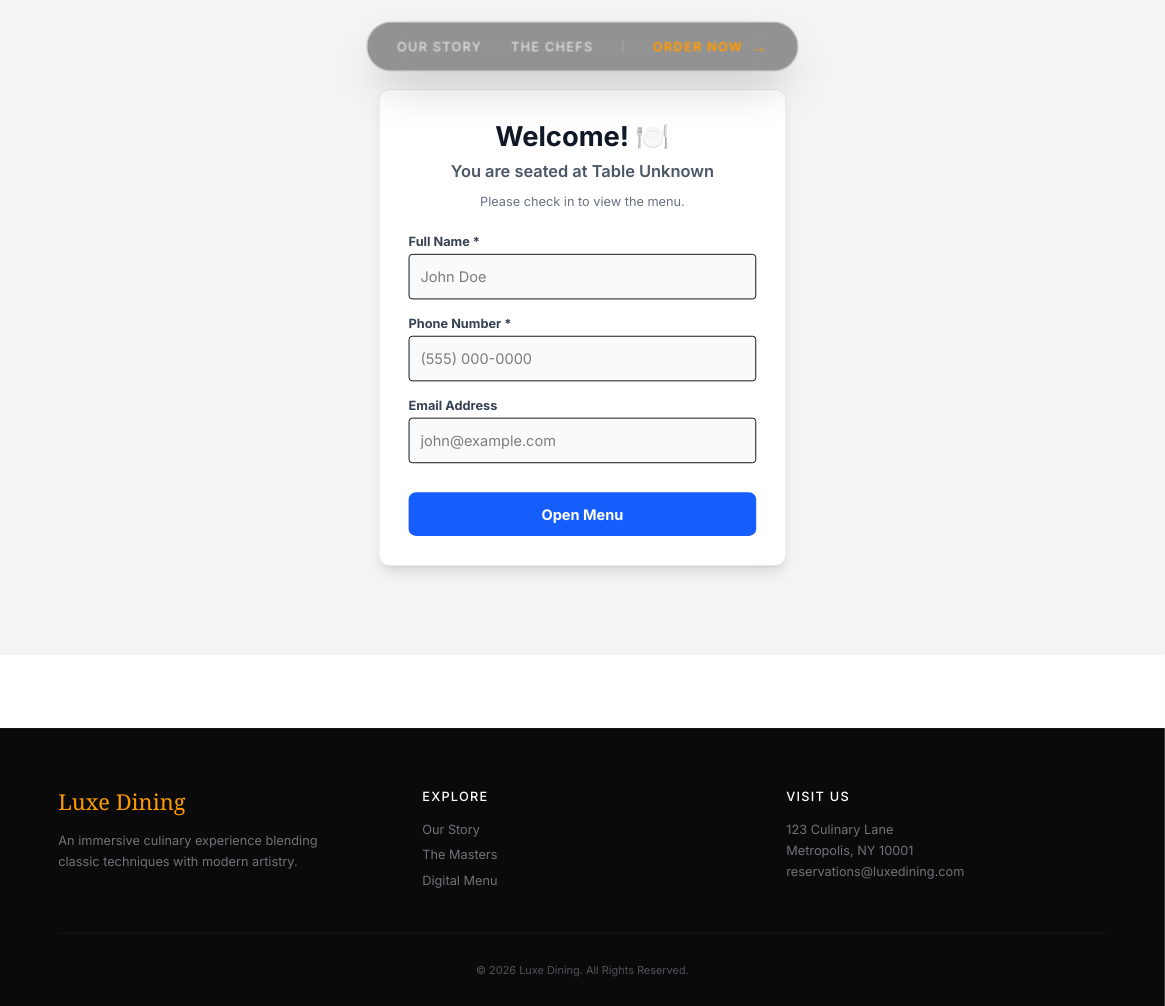
Repository: Syed1818/luxe-dining-frontend
Page: /welcome
These files come from the project's save history. The page is drawn as it stood at one moment and after the next save; the edit follows.
The browser window is 1280 px wide. The pictures show the whole page, at 91% of full size.
The project was rebuilt for these pictures with package versions that can differ from the ones it lists, and the page was loaded fresh each time. The framework's server and built-in components were replaced by stand-ins that run in the browser. Also part of the build but not shown: next.config.mjs.

Above is the page before, as saved 2026-04-07 19:31:37.

### src/app/layout.js
import { Inter } from "next/font/google";
import "./globals.css";
import { Toaster } from "react-hot-toast";
import ConditionalLayout from "./ConditionalLayout";

const inter = Inter({ subsets: ["latin"] });

export const metadata = {
  title: "Luxe Dining",
  description: "A Culinary Journey",
};

export default function RootLayout({ children }) {
  return (
    <html lang="en" suppressHydrationWarning>
      <body suppressHydrationWarning className={`${inter.className} bg-[#050505] text-zinc-200 antialiased flex flex-col min-h-screen`}>
        <ConditionalLayout>
          {children}
        </ConditionalLayout>
        <Toaster
          position="top-center"
          toastOptions={{
            duration: 4000,
            style: { background: '#18181b', color: '#fff', border: '1px solid #d4af37' },
            success: { iconTheme: { primary: '#d4af37', secondary: '#000' } },
          }}
        />
      </body>
    </html>
  );
}

### src/app/welcome/page.js
"use client";

import { useState, useEffect } from 'react';
import { useRouter, useSearchParams } from 'next/navigation';

export default function WelcomeCheckIn() {
  const router = useRouter();
  const searchParams = useSearchParams();
  const [tableNumber, setTableNumber] = useState("Unknown");

  const [customer, setCustomer] = useState({
    name: '',
    phone: '',
    email: ''
  });

  // Extract the table number from the URL (e.g., ?table=5)
  useEffect(() => {
    const table = searchParams.get('table');
    if (table) setTableNumber(table);
  }, [searchParams]);

  const handleStartOrdering = (e) => {
    e.preventDefault();

    // Save the customer data and table number to the browser's local storage
    localStorage.setItem('sessionData', JSON.stringify({
      ...customer,
      table: tableNumber
    }));

    // Send them to the main Menu page
    router.push('/');
  };

  return (
    <div className="min-h-screen bg-gray-100 flex items-center justify-center p-4">
      <div className="max-w-md w-full bg-white p-8 rounded-xl shadow-lg border border-gray-200">
        <div className="text-center mb-6">
          <h1 className="text-3xl font-bold text-gray-900 mb-2">Welcome! 🍽️</h1>
          <p className="text-gray-600 font-semibold text-lg">You are seated at Table {tableNumber}</p>
          <p className="text-sm text-gray-500 mt-2">Please check in to view the menu.</p>
        </div>

        <form onSubmit={handleStartOrdering} className="space-y-4">
          <div>
            <label className="block text-sm font-bold text-gray-700 mb-1">Full Name *</label>
            <input
              required
              type="text"
              className="w-full p-3 border rounded bg-gray-50 text-black"
              placeholder="John Doe"
              value={customer.name}
              onChange={e => setCustomer({...customer, name: e.target.value})}
            />
          </div>

          <div>
            <label className="block text-sm font-bold text-gray-700 mb-1">Phone Number *</label>
            <input
              required
              type="tel"
              className="w-full p-3 border rounded bg-gray-50 text-black"
              placeholder="(555) 000-0000"
              value={customer.phone}
              onChange={e => setCustomer({...customer, phone: e.target.value})}
            />
          </div>

          <div>
            <label className="block text-sm font-bold text-gray-700 mb-1">Email Address</label>
            <input
              type="email"
              className="w-full p-3 border rounded bg-gray-50 text-black"
              placeholder="john@example.com"
              value={customer.email}
              onChange={e => setCustomer({...customer, email: e.target.value})}
            />
          </div>

          <button
            type="submit"
            className="w-full bg-blue-600 hover:bg-blue-700 text-white font-bold py-3 px-4 rounded-lg mt-4 transition duration-200"
          >
            Open Menu
          </button>
        </form>
      </div>
    </div>
  );
}

### src/app/ConditionalLayout.js
"use client";

import Link from "next/link";
import { usePathname } from "next/navigation";

export default function ConditionalLayout({ children }) {
  const pathname = usePathname();
  const isKitchen = pathname.startsWith('/kitchen');

  return (
    <>
      {!isKitchen && (
        <nav className="print:hidden fixed top-6 left-0 right-0 z-50 flex justify-center px-4 pointer-events-none">
          <div className="flex items-center gap-8 px-8 py-4 rounded-full bg-black/40 backdrop-blur-xl border border-white/10 shadow-2xl pointer-events-auto">
            <Link href="/" className="text-sm font-medium text-white/70 hover:text-amber-500 transition-colors tracking-widest uppercase">Our Story</Link>
            <Link href="/chefs" className="text-sm font-medium text-white/70 hover:text-amber-500 transition-colors tracking-widest uppercase">The Chefs</Link>
            <div className="w-px h-4 bg-white/20"></div>
            <Link href="/menu" className="text-sm font-bold text-amber-500 hover:text-amber-400 transition-colors tracking-widest uppercase flex items-center gap-2">
              Order Now <span className="text-lg leading-none">→</span>
            </Link>
          </div>
        </nav>
      )}

      <div className="flex-grow">
        {children}
      </div>

      {!isKitchen && (
        <footer className="print:hidden bg-[#0a0a0a] border-t border-white/5 pt-16 pb-8 px-6 mt-20 relative z-10">
          <div className="max-w-6xl mx-auto grid grid-cols-1 md:grid-cols-3 gap-12 mb-12">
            <div>
              <h3 className="text-2xl font-serif text-amber-500 mb-4">Luxe Dining</h3>
              <p className="text-zinc-500 text-sm leading-relaxed max-w-xs">An immersive culinary experience blending classic techniques with modern artistry.</p>
            </div>
            <div>
              <h4 className="text-white font-medium tracking-widest uppercase text-sm mb-4">Explore</h4>
              <ul className="space-y-2 text-zinc-500 text-sm">
                <li><Link href="/" className="hover:text-amber-500 transition-colors">Our Story</Link></li>
                <li><Link href="/chefs" className="hover:text-amber-500 transition-colors">The Masters</Link></li>
                <li><Link href="/menu" className="hover:text-amber-500 transition-colors">Digital Menu</Link></li>
              </ul>
            </div>
            <div>
              <h4 className="text-white font-medium tracking-widest uppercase text-sm mb-4">Visit Us</h4>
              <p className="text-zinc-500 text-sm leading-relaxed">123 Culinary Lane<br />Metropolis, NY 10001<br />reservations@luxedining.com</p>
            </div>
          </div>
          <div className="max-w-6xl mx-auto border-t border-white/5 pt-8 text-center text-xs text-zinc-600">
            <p>© {new Date().getFullYear()} Luxe Dining. All Rights Reserved.</p>
          </div>
        </footer>
      )}
    </>
  );
}

Loaded but not shown: src/app/globals.css (common file)

After the next save:
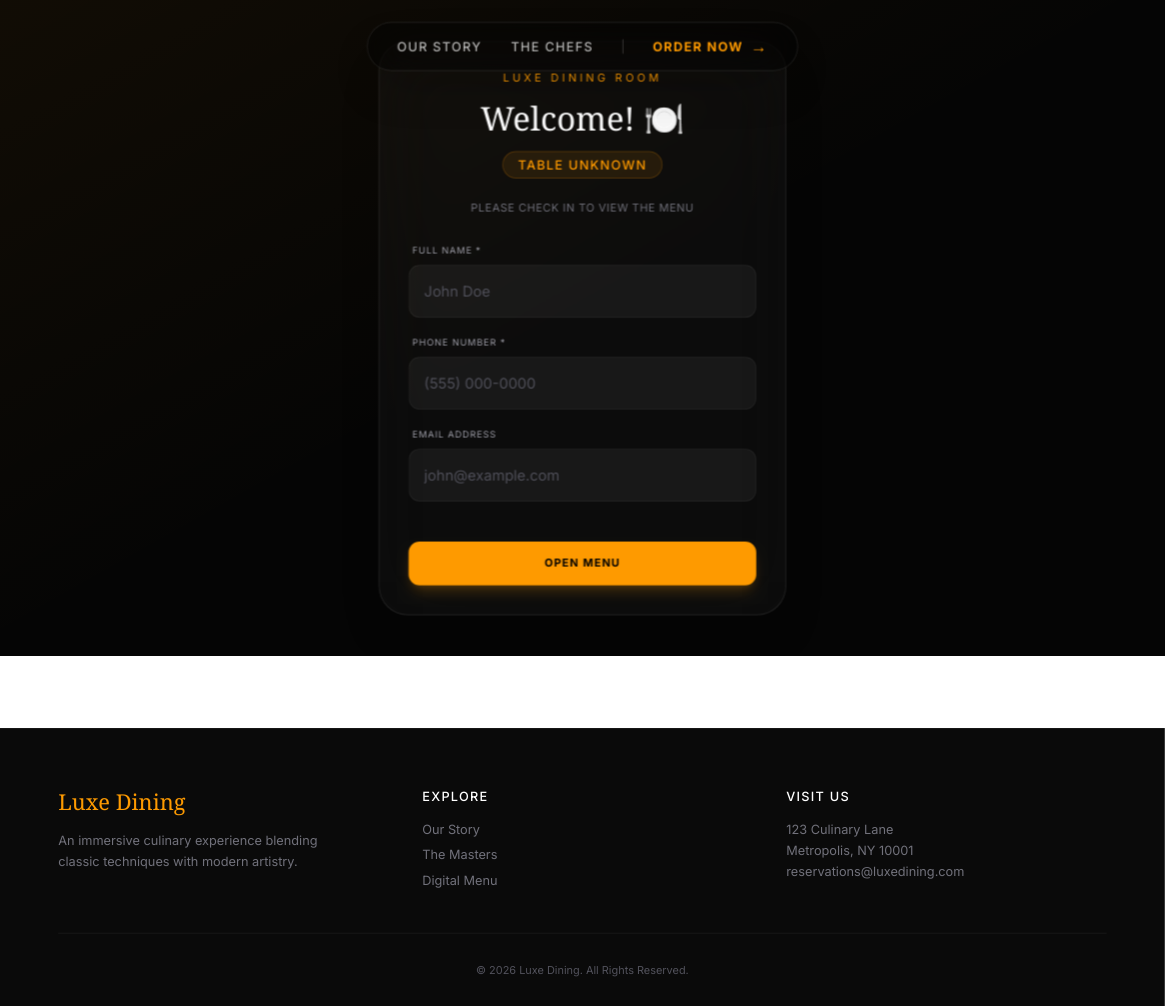
Saved 13 h 34 min later.
--- a/src/app/welcome/page.js
+++ b/src/app/welcome/page.js
@@ -1,9 +1,11 @@
 "use client";
 
-import { useState, useEffect } from 'react';
+import { useState, useEffect, Suspense } from 'react';
 import { useRouter, useSearchParams } from 'next/navigation';
+import { motion } from 'framer-motion';
 
-export default function WelcomeCheckIn() {
+// 1. Internal component that uses the Search Params
+function WelcomeCheckInContent() {
   const router = useRouter();
   const searchParams = useSearchParams();
   const [tableNumber, setTableNumber] = useState("Unknown");
@@ -29,26 +31,39 @@
       table: tableNumber
     }));
 
-    // Send them to the main Menu page
-    router.push('/');
+    // Redirect to the main menu page
+    router.push('/menu');
   };
 
   return (
-    <div className="min-h-screen bg-gray-100 flex items-center justify-center p-4">
-      <div className="max-w-md w-full bg-white p-8 rounded-xl shadow-lg border border-gray-200">
-        <div className="text-center mb-6">
-          <h1 className="text-3xl font-bold text-gray-900 mb-2">Welcome! 🍽️</h1>
-          <p className="text-gray-600 font-semibold text-lg">You are seated at Table {tableNumber}</p>
-          <p className="text-sm text-gray-500 mt-2">Please check in to view the menu.</p>
+    <div className="min-h-screen relative flex items-center justify-center p-4 overflow-hidden">
+      {/* Background Styling to match your app theme */}
+      <div className="fixed inset-0 z-[-1] bg-[#050505]">
+        <div className="absolute inset-0 bg-gradient-to-br from-amber-500/10 via-transparent to-transparent opacity-50" />
+      </div>
+
+      <motion.div
+        initial={{ opacity: 0, y: 20 }}
+        animate={{ opacity: 1, y: 0 }}
+        transition={{ duration: 0.8 }}
+        className="max-w-md w-full bg-white/[0.03] backdrop-blur-2xl p-8 rounded-[2rem] shadow-2xl border border-white/10"
+      >
+        <div className="text-center mb-8">
+          <p className="text-amber-500 text-xs tracking-[0.3em] uppercase mb-4">Luxe Dining Room</p>
+          <h1 className="text-4xl font-serif text-white mb-2">Welcome! 🍽️</h1>
+          <div className="inline-block px-4 py-1 rounded-full bg-amber-500/10 border border-amber-500/20 mt-2">
+             <p className="text-amber-500 font-medium text-sm tracking-widest uppercase">Table {tableNumber}</p>
+          </div>
+          <p className="text-xs text-zinc-500 mt-6 tracking-wider uppercase">Please check in to view the menu</p>
         </div>
 
-        <form onSubmit={handleStartOrdering} className="space-y-4">
+        <form onSubmit={handleStartOrdering} className="space-y-5">
           <div>
-            <label className="block text-sm font-bold text-gray-700 mb-1">Full Name *</label>
+            <label className="block text-[10px] uppercase tracking-widest text-zinc-400 mb-2 ml-1">Full Name *</label>
             <input
               required
               type="text"
-              className="w-full p-3 border rounded bg-gray-50 text-black"
+              className="w-full p-4 border border-white/5 rounded-xl bg-white/[0.05] text-white placeholder:text-zinc-600 focus:outline-none focus:border-amber-500/50 transition-all"
               placeholder="John Doe"
               value={customer.name}
               onChange={e => setCustomer({...customer, name: e.target.value})}
@@ -56,11 +71,11 @@
           </div>
 
           <div>
-            <label className="block text-sm font-bold text-gray-700 mb-1">Phone Number *</label>
+            <label className="block text-[10px] uppercase tracking-widest text-zinc-400 mb-2 ml-1">Phone Number *</label>
             <input
               required
               type="tel"
-              className="w-full p-3 border rounded bg-gray-50 text-black"
+              className="w-full p-4 border border-white/5 rounded-xl bg-white/[0.05] text-white placeholder:text-zinc-600 focus:outline-none focus:border-amber-500/50 transition-all"
               placeholder="(555) 000-0000"
               value={customer.phone}
               onChange={e => setCustomer({...customer, phone: e.target.value})}
@@ -68,24 +83,41 @@
           </div>
 
           <div>
-            <label className="block text-sm font-bold text-gray-700 mb-1">Email Address</label>
+            <label className="block text-[10px] uppercase tracking-widest text-zinc-400 mb-2 ml-1">Email Address</label>
             <input
               type="email"
-              className="w-full p-3 border rounded bg-gray-50 text-black"
+              className="w-full p-4 border border-white/5 rounded-xl bg-white/[0.05] text-white placeholder:text-zinc-600 focus:outline-none focus:border-amber-500/50 transition-all"
               placeholder="john@example.com"
               value={customer.email}
               onChange={e => setCustomer({...customer, email: e.target.value})}
             />
           </div>
 
-          <button
+          <motion.button
+            whileHover={{ scale: 1.02 }}
+            whileTap={{ scale: 0.98 }}
             type="submit"
-            className="w-full bg-blue-600 hover:bg-blue-700 text-white font-bold py-3 px-4 rounded-lg mt-4 transition duration-200"
+            className="w-full bg-amber-500 hover:bg-amber-600 text-black font-bold py-4 px-4 rounded-xl mt-6 tracking-widest uppercase text-xs transition-all shadow-lg shadow-amber-500/20"
           >
             Open Menu
-          </button>
+          </motion.button>
         </form>
-      </div>
+      </motion.div>
     </div>
   );
 }
+
+// 2. Main Export wrapped in Suspense (This fixes the Vercel Error)
+export default function WelcomePage() {
+  return (
+    <Suspense
+      fallback={
+        <div className="min-h-screen bg-[#050505] flex items-center justify-center">
+          <div className="w-8 h-8 border-2 border-amber-500/20 border-t-amber-500 rounded-full animate-spin" />
+        </div>
+      }
+    >
+      <WelcomeCheckInContent />
+    </Suspense>
+  );
+}
